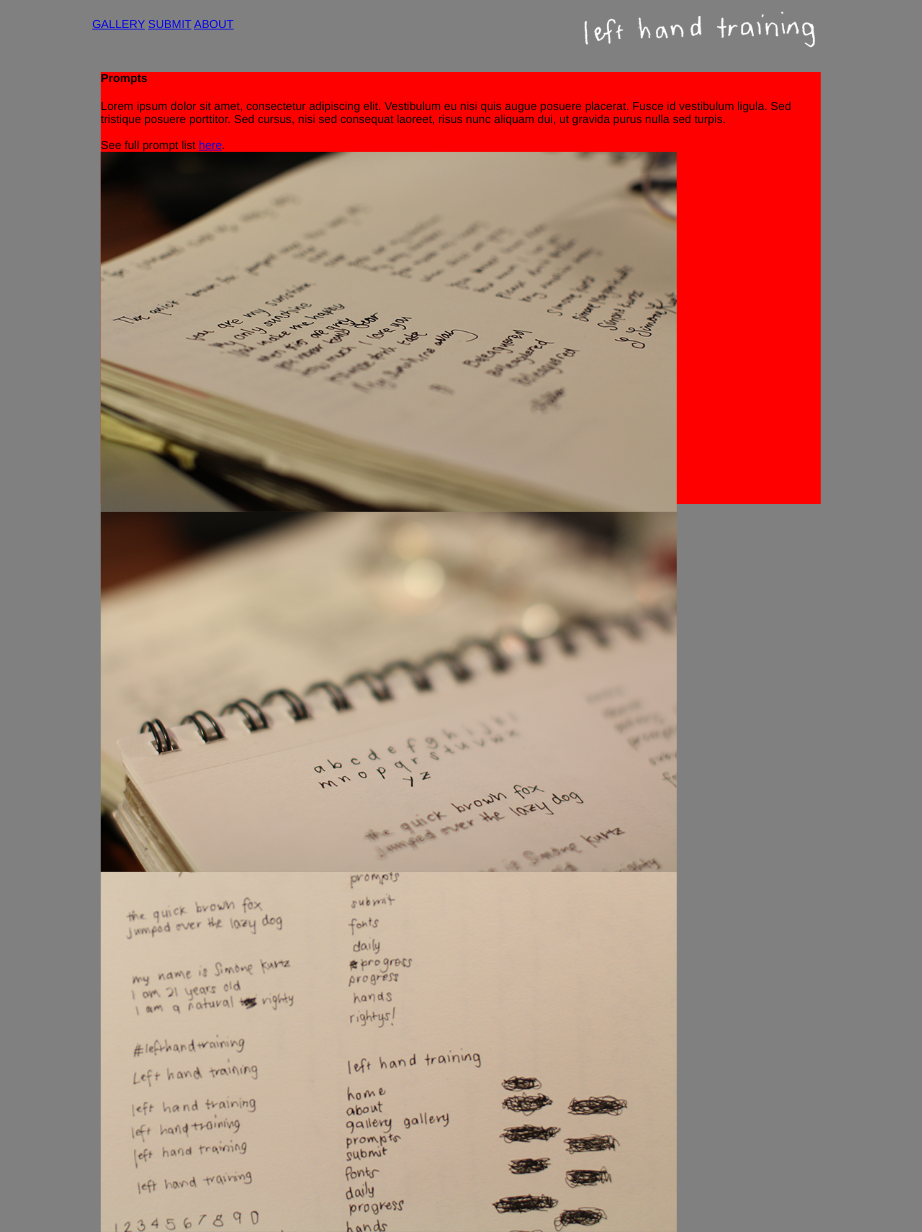
Repository: simonekurtz/simonekurtz.github.io
Page: 3ASGN_Catalog/prompts.html
The author's editor kept a record of every edit. The page is drawn from the files as they stood at one moment, then again after the next edit.
The browser window is 1280 px wide. The pictures show the whole page, at 72% of full size.
Some web libraries are served in a nearby version.

Above is the page before.

### 3ASGN_Catalog/prompts.html
<html>
    <head>
       <title>Left Hand Training</title>
         <link rel="stylesheet" href="gallery.css">

    </head>
    <body>
    <div class="splash-header">
        </div>

        <div class="header-image"><a href="index.html"><img src="images/menu/title_small.png"></a>
        </div>

        <div class="menu">
        <a href="gallery.html">GALLERY</a>
        <a href="submit.html">SUBMIT</a>
        <a href="about.html">ABOUT</a>
        </div>

<!--        <div class="menu">
            <a href="gallery.html"><img src="images/menu/gallery.png" class="gallerylink"></a>
            <a href="submit.html"><img src="images/menu/submit.png" class="submitlink"></a>
            <a href="about.html"><img src="images/menu/about.png" class="aboutlink"></a>

-->

        <div class="splash image">
            <a href="images/images/IMG_3008.jpg"></a>
        </div>

        <div class="content">
            <h4>Prompts</h4>

            <div class="infoBar">
                Lorem ipsum dolor sit amet, consectetur adipiscing elit. Vestibulum eu nisi quis augue posuere placerat. Fusce id vestibulum ligula. Sed tristique posuere porttitor. Sed cursus, nisi sed consequat laoreet, risus nunc aliquam dui, ut gravida purus nulla sed turpis.
                    <br>
                    <br>

                    See full prompt list <a href="randomlink.html">here</a>.
            </div>

            <div class="longwrapper">
                <div class="wrappercontent">

                    <div class="c1">
                        <img src="images/images/Prompt1.png">
                    </div>
                    <div class="c2">
                        <img src="images/images/Prompt2.png">
                    </div>
                    <div class="c3">
                        <img src="images/images/Prompt3.png">
                    </div>
                </div>
            </div>
        </div>



        <script type="text/javascript" src="//code.jquery.com/jquery-1.11.2.min.js"></script>
        <script type="text/javascript" src="script.js"></script>
    </body>
</html>

### 3ASGN_Catalog/gallery.css
body {
    margin: 0px;
    cursor: url("images/icons/left-arrow-resize.png"), auto;
    font-family: helvetica, arial, sans-serif;
    background-color: gray;
}

a:hover{
    cursor:url("images/icons/left-pointer-resize.png"), auto;
}

.menu {
    position: absolute;
    width: 350px;
    left: 10%;
    top: 25px;
}

.header-image {
    position: absolute;
    top:10px;
    right: 10%;
}

.gallerylink {
    position: relative;
    padding: 1%;
}

.submitlink {
    position: relative;
    padding: 1%;
    top: -7px;
}

.aboutlink {
    position: relative;
    padding: 1%;
    top: -11px;
}

.content {
    background-color: red;
    width: 1000px;
    height: 600px;
    margin: 0 auto;
    margin-top: 100px;
}

### 3ASGN_Catalog/script.js
// var delay=1000 //set delay in miliseconds
// var curindex=0


	var randomimages = ["IMG_2998.JPG", "IMG_3003.jpg", "IMG_3008.jpg", "IMG_3018.jpg", "IMG_3043.jpg"];


function randselect() {
    var slideshow = "url(images/images/" + randomimages[Math.floor(Math.random()*randomimages.length)] + ")";

$("body").css("background-image",slideshow);

}

setInterval("randselect()",7000);

setTimeout("randselect()",1000);




// var preload=new Array()

// for (n=0;n<randomimages.length;n++)
// {
// 	preload[n]=new Image()
// 	preload[n].src=randomimages[n]
// }

// document.write('<img name="defaultimage" src="images/'+randomimages[Math.floor(Math.random()*(randomimages.length))]+'">')

// function rotateimage()
// {

// if (curindex==(tempindex=Math.floor(Math.random()*(randomimages.length)))){
// curindex=curindex==0? 1 : curindex-1
// }
// else
// curindex=tempindex

// 	document.images.defaultimage.src=randomimages[curindex]
// }

// setInterval("rotateimage()",delay)

After the next edit:
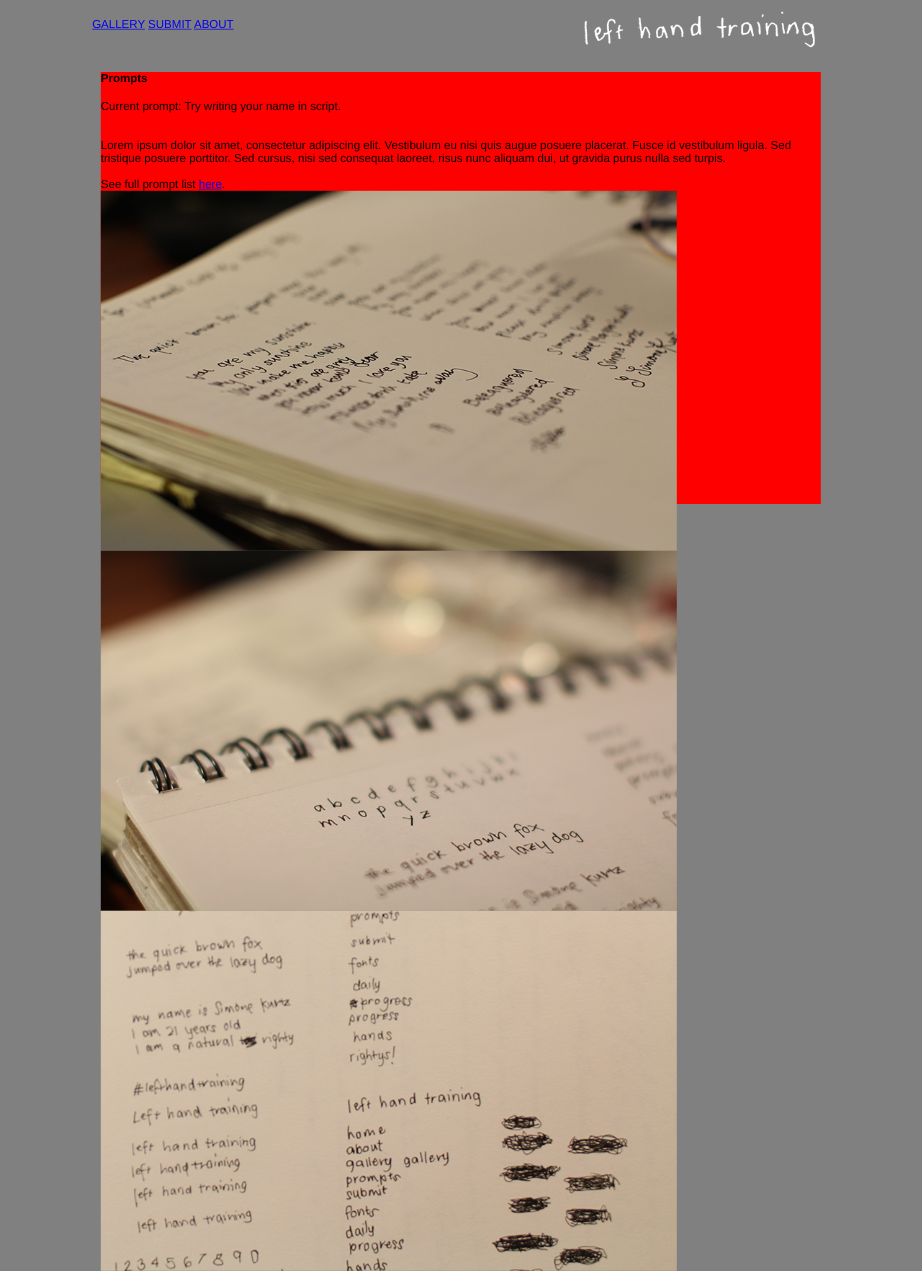
The edit:
--- a/3ASGN_Catalog/prompts.html
+++ b/3ASGN_Catalog/prompts.html
@@ -32,6 +32,10 @@
             <h4>Prompts</h4>
 
             <div class="infoBar">
+                Current prompt: Try writing your name in script.
+                    <br>
+                    <br>
+                    <br>
                 Lorem ipsum dolor sit amet, consectetur adipiscing elit. Vestibulum eu nisi quis augue posuere placerat. Fusce id vestibulum ligula. Sed tristique posuere porttitor. Sed cursus, nisi sed consequat laoreet, risus nunc aliquam dui, ut gravida purus nulla sed turpis.
                     <br>
                     <br>
